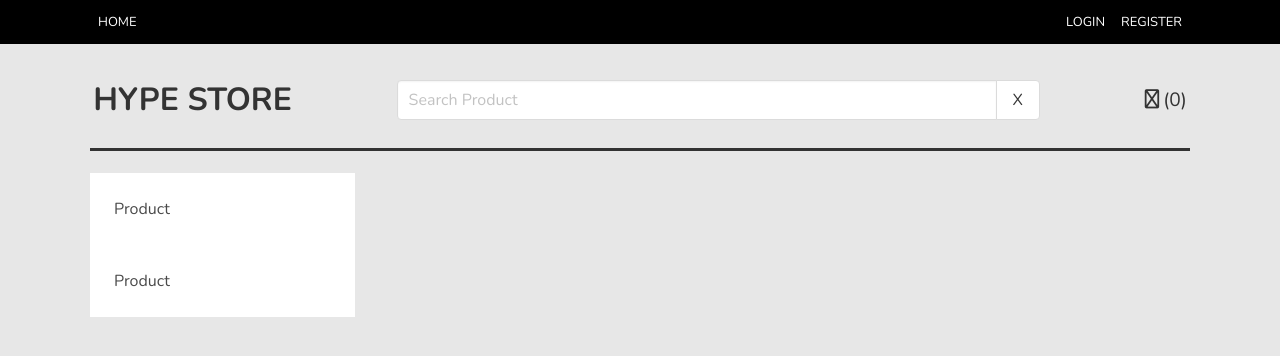
Repository: DraxZh/sneaker_shopping
Page: /
These files come from the project's save history. The page is drawn as it stood at one moment and after the next save; the edit follows.
The browser window is 1280 px wide. The pictures show the whole page.
The project was rebuilt for these pictures with package versions that can differ from the ones it lists, and the page was loaded fresh each time. Also part of the build but not shown: src/components/Login.js, src/components/NotFound.js.

Above is the page before, as saved 2021-12-01 22:07:24.

After the next save:
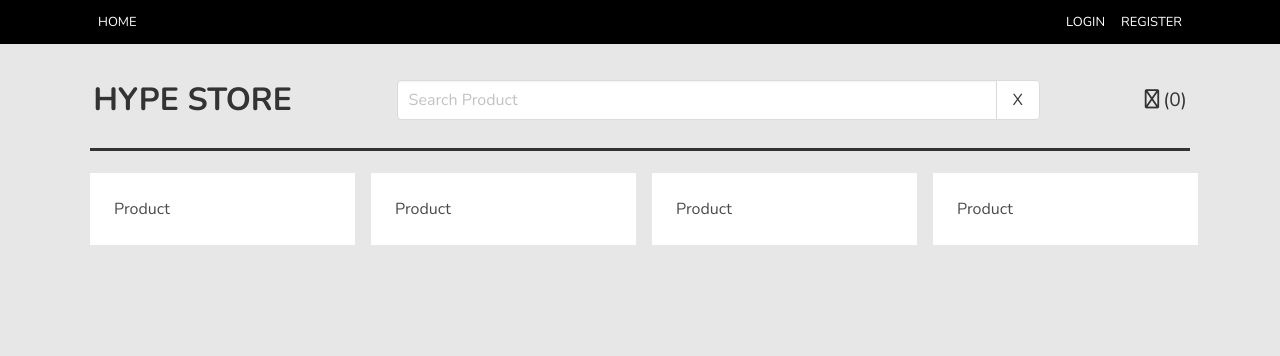
Saved 5 min 48 s later.
--- a/src/components/Products.js
+++ b/src/components/Products.js
@@ -8,8 +8,13 @@
             <div>
                 <ToolBox/>
                 <div className="products">
-                    <Product/>
-                    <Product/>
+                    <div className="columns is-multiline is-dektop">
+                        <div className="column is-3"><Product/></div>
+                        <div className="column is-3"><Product /></div>
+                        <div className="column is-3"><Product /></div>
+                        <div className="column is-3"><Product /></div>
+                    </div>
+
                 </div>
             </div>
         )
